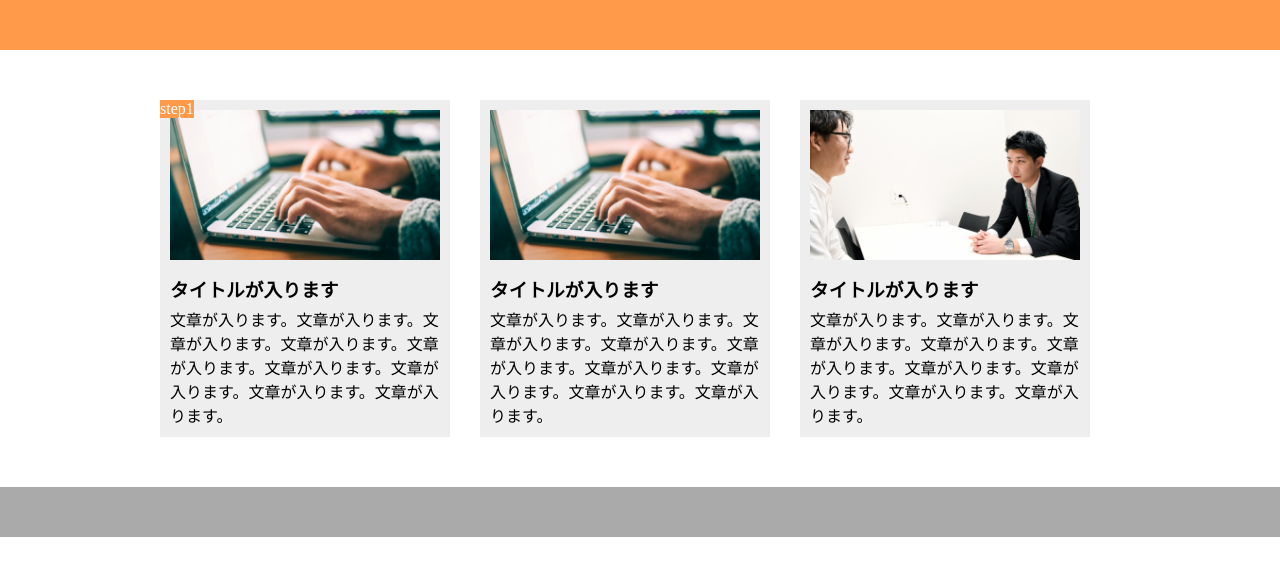
Repository: Takahiro620/dmmwebcamp
Page: enshu9/enshu9.html
The author's editor kept a record of every edit. The page is drawn from the files as they stood at one moment, then again after the next edit.
The browser window is 1280 px wide. The pictures show the whole page.

Above is the page before.

After the next edit:
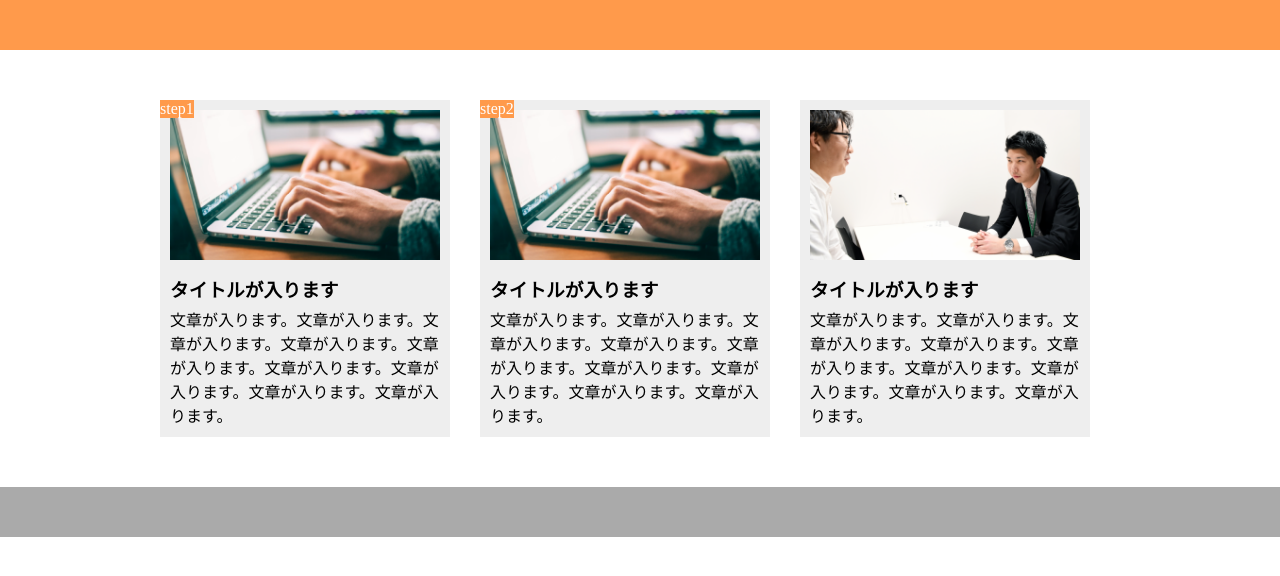
The edit:
--- a/enshu9/enshu9.html
+++ b/enshu9/enshu9.html
@@ -27,6 +27,7 @@
 
       <span class="main-2">
         <div class="image-2"></div>
+        <span class="step-num">step2</span>
         <h3 class="title">タイトルが入ります</h2>
         <p class="text">文章が入ります。文章が入ります。文章が入ります。文章が入ります。文章が入ります。文章が入ります。文章が入ります。文章が入ります。文章が入ります。</p>
       </span>
